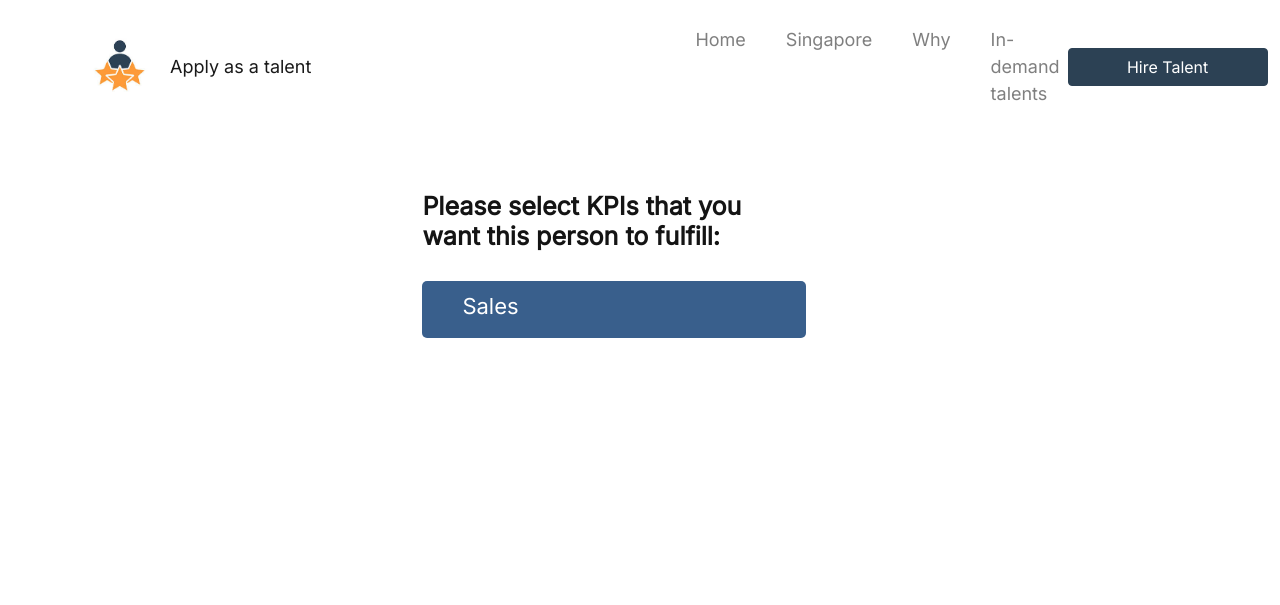
Repository: Ashwe9/talent-hire-reactJs
Page: /kpis
These files come from the project's save history. The page is drawn as it stood at one moment and after the next save; the edit follows.
The browser window is 1280 px wide. The pictures show the whole page.
The project was rebuilt for these pictures with package versions that can differ from the ones it lists, and the page was loaded fresh each time. A package was used in the major version that the imports need, not the one package.json lists. Also part of the build but not shown: src/homePage/components/TrustedBy/TrustedBy.css, src/homePage/components/TrustedBy/TrustedBy.js, src/homePage/components/Roles/Roles.css, src/homePage/components/Roles/Roles.js, src/homePage/components/homePageFooter/HomePageFooter.css, src/homePage/components/homePageFooter/HomePageFooter.js, src/homePage/HomePage.js, src/projectDetails/ProjectDetails.js.

Above is the page before, as saved 2022-08-18 14:32:59.

After the next save:
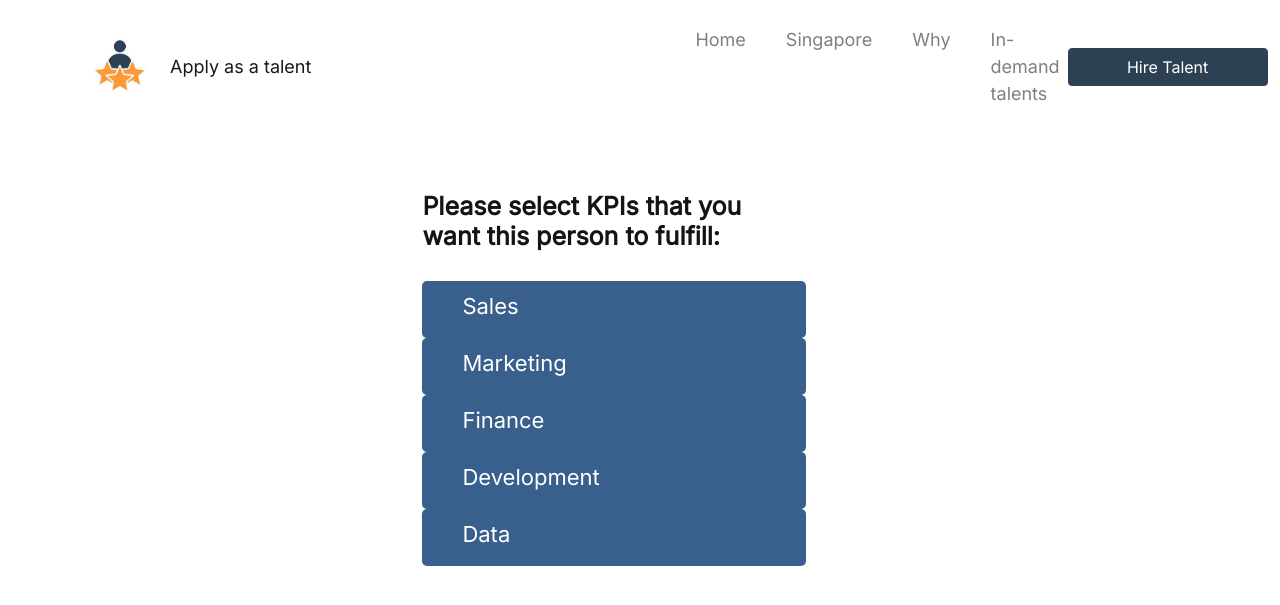
Saved 2 min 10 s later.
--- a/src/kpisPage/KPISPage.js
+++ b/src/kpisPage/KPISPage.js
@@ -10,6 +10,10 @@ const KPISPage = () => {
       <Navbar />
       <Header />
       <DropDown title="Sales"/>
+      <DropDown title="Marketing"/>
+      <DropDown title="Finance"/>
+      <DropDown title="Development"/>
+      <DropDown title="Data"/>
     </div>
   )
 }
